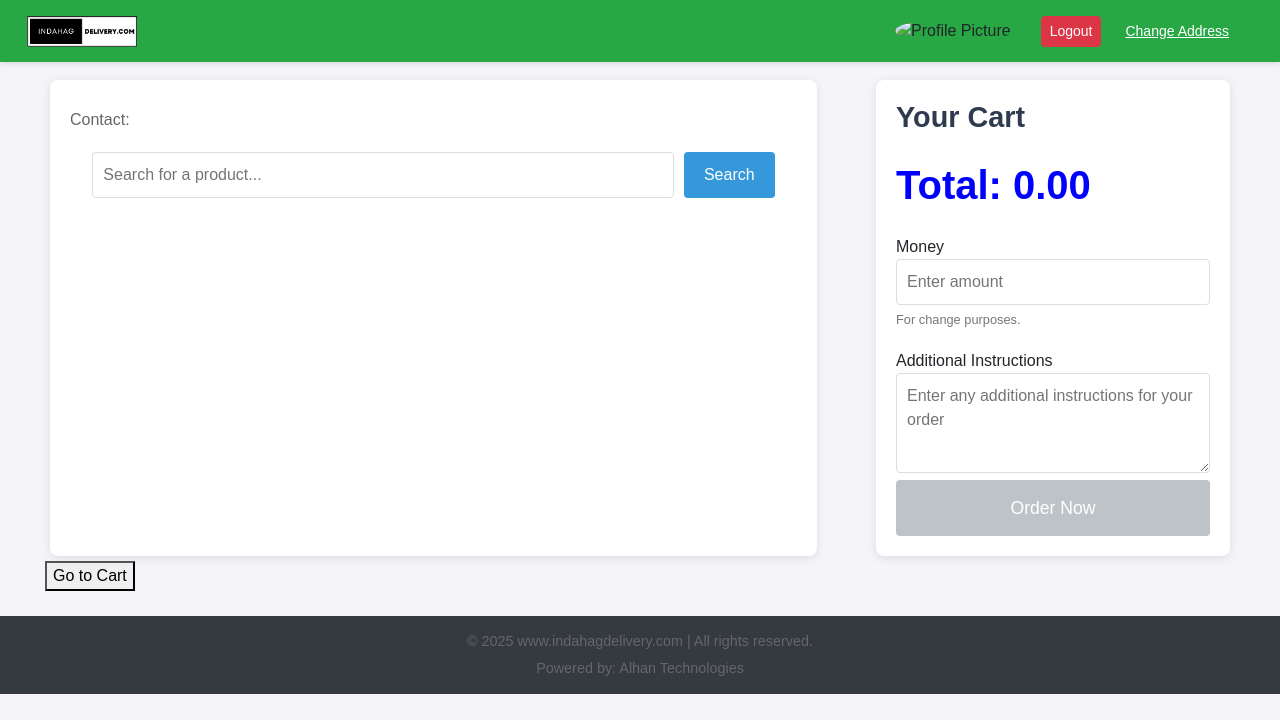
Repository: Jijiluzana225/indahagdelivery.com
Page: store/templates/store/store_products.html
The author's editor kept a copy of each file at every save. The page is drawn from the files as they stood at one save, then again after the next save.
The browser window is 1280 px wide. The pictures show the whole page.
The template is drawn by Django 5.2. The application's start-up code is not run. Other server files are loaded and not shown. The template is opened directly, without the code that normally fills it, so the values that code supplies are empty.

Above is the page before, as saved 2025-01-23 11:55:55.

### store/templates/store/store_products.html
{% extends 'store/base.html' %}

{% block title %}Order from {{ store.name }}{% endblock %}

{% block content %}

<style>
    /* General Styles */
    body {
        font-family: Arial, sans-serif;
        margin: 0;
        padding: 0;
        background-color: #f4f4f9;
    }

    h1, h2, h3 {
        color: #333;
        font-weight: 600;
    }

    p {
        font-size: 1rem;
        color: #666;
        margin-bottom: 0.5rem;
    }

    /* Container for left and right columns */
    .container {
        display: flex;
        justify-content: space-between;
        padding: 5px;
        max-width: 1200px;
        margin: 0 auto;
        flex-wrap: wrap;
    }

    /* Left column - product listing */
    .left-column {
        width: 65%;
        padding: 20px;
        background-color: #fff;
        box-shadow: 0 2px 10px rgba(0, 0, 0, 0.1);
        border-radius: 8px;
        overflow: hidden;
    }

    .left-column h1 {
        font-size: 2rem;
        color: #2e3b4e;
    }

    .left-column p {
        font-size: 1rem;
        margin-bottom: 20px;
    }

    .search-box {
        margin-bottom: 20px;
        display: flex;
        justify-content: center;
    }

    .search-box input {
        width: 80%;
        padding: 10px;
        font-size: 1rem;
        border-radius: 4px;
        border: 1px solid #ddd;
        margin-right: 10px;
    }

    .search-box button {
        background-color: #3498db;
        color: #fff;
        padding: 10px 20px;
        border: none;
        border-radius: 4px;
        cursor: pointer;
    }

    .search-box button:hover {
        background-color: #2980b9;
    }

    .products {
        display: grid;
        grid-template-columns: repeat(auto-fill, minmax(250px, 1fr));
        gap: 20px;
    }

    /* Individual Product Cards */
    .product-card {
        background-color: #fff;
        border: 1px solid #ddd;
        border-radius: 8px;
        padding: 15px;
        box-shadow: 0 2px 8px rgba(0, 0, 0, 0.1);
        text-align: center;
        transition: transform 0.3s ease, box-shadow 0.3s ease;
    }

    .product-card:hover {
        transform: scale(1.05);
        box-shadow: 0 4px 16px rgba(0, 0, 0, 0.2);
    }

    .product-card img {
        max-width: 100%;
        height: auto;
        border-radius: 8px;
    }

    .product-card h3 {
        font-size: 1.2rem;
        color: #2e3b4e;
        margin: 10px 0;
    }

    .product-card p {
        font-size: 0.9rem;
        color: #777;
    }

    .product-card .formatted-price {
        font-size: 1.1rem;
        color: #e74c3c;
        font-weight: bold;
    }

    .product-card button {
        background-color: #28a745;
        color: #fff;
        padding: 10px 20px;
        border: none;
        border-radius: 4px;
        cursor: pointer;
        font-size: 1rem;
        transition: background-color 0.3s ease;
    }

    .product-card button:hover {
        background-color: #218838;
    }

    /* Spacing Between Qty and Add to Cart button */
    .product-card label {
        display: block;
        margin-bottom: 5px;
        font-size: 0.9rem;
        color: #555;
    }

    .product-card input[type="number"] {
        width: 60px;
        padding: 5px;
        margin-bottom: 15px; /* Space between input and button */
        border-radius: 4px;
        border: 1px solid #ddd;
        text-align: center;
        font-size: 1rem;
    }

    /* Right Column - Cart */
    .right-column {
        width: 30%;
        padding: 20px;
        background-color: #fff;
        box-shadow: 0 2px 10px rgba(0, 0, 0, 0.1);
        border-radius: 8px;
        position: sticky;
        top: 20px;
    }

    .right-column h2 {
        font-size: 1.8rem;
        color: #2e3b4e;
        margin-bottom: 20px;
    }

    .cart-items {
        margin-bottom: 20px;
    }

    .cart-item {
        display: flex;
        justify-content: space-between;
        align-items: center;
        padding: 10px 0;
        border-bottom: 1px solid #ddd;
    }

    .cart-item p {
        font-size: 0.85rem; /* Smaller font size */
        color: #333;
    }

    .cart-item input {
        width: 50px;
        padding: 5px;
        border-radius: 4px;
        border: 1px solid #ddd;
        text-align: center;
    }

    .cart-item button {
        background-color: #e74c3c;
        color: #fff;
        border: none;
        padding: 5px 10px;
        border-radius: 4px;
        cursor: pointer;
    }

    .cart-item button:hover {
        background-color: #c0392b;
    }

    .cart-total {
        font-size: 0.9rem; /* Smaller font size */
        font-weight: bold;
        color: #333;
        margin-top: 20px;
    }

    .money-input {
        margin-top: 20px;
    }

    .money-input input {
        width: 100%;
        padding: 10px;
        border-radius: 4px;
        border: 1px solid #ddd;
    }

    .money-input small {
        font-size: 0.8rem;
        color: #777;
        display: block;
        margin-top: 5px;
    }

    .additional-instructions {
        margin-top: 20px;
    }

    .additional-instructions textarea {
        width: 100%;
        height: 100px;
        padding: 10px;
        border-radius: 4px;
        border: 1px solid #ddd;
        font-size: 1rem;
    }

    .order-button {
        background-color: #3498db;
        color: #fff;
        border: none;
        padding: 15px 20px;
        font-size: 1.1rem;
        border-radius: 4px;
        width: 100%;
        cursor: pointer;
        transition: background-color 0.3s ease;
    }

    .order-button:disabled {
        background-color: #bdc3c7;
        cursor: not-allowed;
    }

    .order-button:hover:not(:disabled) {
        background-color: #2980b9;
    }

    /* Responsive Design */
    /* Responsive Design */
@media (max-width: 768px) {
    .container {
        flex-direction: column;
        align-items: center;
    }

    .left-column, .right-column {
        width: 100%;
        margin-bottom: 20px;
    }

    .products {
        grid-template-columns: repeat(2, 1fr); /* Two columns on smaller screens */
        gap: 10px; /* Adjust spacing for smaller screens */
    }

    .store-header {
        display: flex;
        flex-direction: column;
        align-items: center;
        text-align: center;
        margin-bottom: 20px;
    }

    .store-header h1 {
        font-size: 2rem;
        color: #2e3b4e;
        margin-bottom: 10px;
    }

    .store-header p {
        font-size: 1rem;
        color: #666;
    }

    .product-card img {
        max-width: 80%;  /* Adjust this percentage to control the size */
        height: auto;
        border-radius: 8px;
    }

    .cart-items {
        font-size: 0.75rem; /* Smaller font size */
    }

    .cart-item p {
        font-size: 0.75rem; /* Smaller font size for cart item text */
    }


    /* Fixed Go to Cart Box */
    .go-to-cart-box {
        position: fixed;
        bottom: 20px;
        right: 20px;
        background-color: #3498db;
        color: #fff;
        padding: 15px 30px;
        border-radius: 8px;
        font-size: 1rem;
        cursor: pointer;
        box-shadow: 0 2px 10px rgba(0, 0, 0, 0.1);
        transition: background-color 0.3s ease;
    }

    /* Fixed Position Go to Cart Button */
.go-to-cart {
    position: fixed;
    bottom: 20px;
    right: 20px;
    background-color: #3498db;
    padding: 15px 25px;
    border-radius: 50px;
    color: white;
    font-size: 1rem;
    box-shadow: 0 5px 15px rgba(0, 0, 0, 0.2);
    cursor: pointer;
    z-index: 1000;
}

.go-to-cart button {
    background-color: transparent;
    border: none;
    color: white;
    font-size: 1rem;
    cursor: pointer;
}

.go-to-cart button:hover {
    background-color: #2980b9;
}



}



</style>

<div class="container">
    <div class="left-column">
        <div class="store-header">
        <h1>{{ store.name }}</h1>
        <p>Contact: {{ store.contact_number }}</p>
        </div>
        <!-- Search Box -->
        <div class="search-box">
            <input type="text" id="searchBox" placeholder="Search for a product..." onkeyup="filterProducts()">
            <button>Search</button>
        </div>

        <div class="products" id="products-list">
            {% for item in items %}
            <div class="product-card" data-name="{{ item.product.name|lower }}">
                <img src="{{ item.product.picture.url }}" alt="{{ item.product.name }}">
                <h3>{{ item.product.name }}</h3>
                <p>{{ item.product.description }}</p>
                <p>Price: <span class="formatted-price">{{ item.product.price }}</span></p>
                <label for="quantity-{{ item.id }}">Qty:</label>
                <input type="number" id="quantity-{{ item.id }}" name="quantity" min="1" value="1">
                <button onclick="addToCart({{ item.id }}, '{{ item.product.name }}', {{ item.product.price }})">Add to Cart</button>
            </div>
            {% endfor %}
        </div>
    </div>

    <!-- Right column (cart) -->
    <div class="right-column">
        <h2>Your Cart</h2>
        <div class="cart-items" id="cart-items"></div>
        <div class="cart-total" id="cart-total" style="font-size:40px; color:blue";>Total: 0.00</div>

       <div class="money-input">
            <label for="money">Money</label>
            <input type="number" id="money" name="money" placeholder="Enter amount">
            <small>For change purposes.</small>
        </div>

        <!-- Additional Instructions Section -->
        <div class="additional-instructions">
            <label for="additional-instructions">Additional Instructions</label>
            <textarea id="additional-instructions" placeholder="Enter any additional instructions for your order"></textarea>
        </div>

        <!-- Order Now Button -->
        <button class="order-button" id="orderButton" onclick="proceedToCheckout()" disabled>Order Now</button>
    </div>
</div>

<div class="go-to-cart">
    <button onclick="scrollToCart()">Go to Cart</button>
</div>

<script>
    // Function to scroll to the right-column (cart)
    function scrollToCart() {
        const cartSection = document.querySelector('.right-column');
        cartSection.scrollIntoView({ behavior: 'smooth' });
    }
</script>

<script>
    let cart = [];

    function formatPrice(price) {
        return new Intl.NumberFormat('en-US', { minimumFractionDigits: 2, maximumFractionDigits: 2 }).format(price);
    }

    function addToCart(itemId, itemName, itemPrice) {
        const quantity = parseInt(document.getElementById(`quantity-${itemId}`).value);
        const existingItem = cart.find(item => item.id === itemId);

        if (existingItem) {
            existingItem.quantity += quantity;
        } else {
            cart.push({ id: itemId, name: itemName, price: itemPrice, quantity: quantity });
        }

        renderCart();
    }

    function updateCartItem(itemId, newQuantity) {
        const item = cart.find(item => item.id === itemId);
        if (item) {
            item.quantity = newQuantity;
            renderCart();
        }
    }

    function deleteCartItem(itemId) {
        cart = cart.filter(item => item.id !== itemId);
        renderCart();
    }

    function renderCart() {
        const cartItemsContainer = document.getElementById('cart-items');
        const cartTotal = document.getElementById('cart-total');
        const orderButton = document.getElementById('orderButton');
        cartItemsContainer.innerHTML = '';
        let total = 0;

        cart.forEach(item => {
            const itemTotal = item.price * item.quantity;
            total += itemTotal;

            cartItemsContainer.innerHTML += `
                <div class="cart-item">
                    <p>${item.name}</p>
                    <p>Price: ${formatPrice(item.price)}</p>
                    <input type="number" min="1" value="${item.quantity}" onchange="updateCartItem(${item.id}, this.value)">
                    <p>${formatPrice(itemTotal)}</p>
                    <button onclick="deleteCartItem(${item.id})">×</button>
                </div>
            `;
        });

        cartTotal.innerText = `Total: ${formatPrice(total)}`;

        // Enable the "Order Now" button only if the cart is not empty
        orderButton.disabled = cart.length === 0;
    }

    function calculateTotalPrice() {
        return cart.reduce((total, item) => total + item.price * item.quantity, 0);
    }

    function proceedToCheckout() {
        const storeId = '{{ store.id }}';  // Assuming store.id is available
        const totalPrice = calculateTotalPrice();  // Total price from cart
        const cartItems = cart.map(item => `${item.name},${item.price},${item.quantity}`).join("|");

        const money = document.getElementById('money').value;
        const instructions = document.getElementById('additional-instructions').value;

        // Make the POST request
        fetch('/checkout/', {
            method: 'POST',
            headers: {
                'Content-Type': 'application/x-www-form-urlencoded',
                'X-CSRFToken': '{{ csrf_token }}'  // CSRF token
            },
            body: `store_id=${storeId}&total_price=${totalPrice}&cart_items=${cartItems}&money=${money}&instructions=${instructions}`
        })
        .then(response => response.json())
        .then(data => {
            if (data.success) {
                alert('Order placed successfully!');
                window.location.href = '/dashboard';
            } else {
                alert('There was an error placing your order.');
            }
        })
        .catch(error => console.error('Error:', error));
    }



    function filterProducts() {
        const searchTerm = document.getElementById("searchBox").value.toLowerCase();
        const productCards = document.querySelectorAll(".product-card");

        productCards.forEach(card => {
            const productName = card.getAttribute("data-name");
            if (productName.includes(searchTerm)) {
                card.style.display = "block";
            } else {
                card.style.display = "none";
            }
        });
    }

    function addToCart(itemId, itemName, itemPrice) {
        const quantity = parseInt(document.getElementById(`quantity-${itemId}`).value);
        const existingItem = cart.find(item => item.id === itemId);

        if (existingItem) {
            existingItem.quantity += quantity;
        } else {
            cart.push({ id: itemId, name: itemName, price: itemPrice, quantity: quantity });
        }

        renderCart();

        // Format itemPrice and total price to Philippine Pesos
        const formattedPrice = new Intl.NumberFormat('en-PH', {
            style: 'currency',
            currency: 'PHP',
            minimumFractionDigits: 2,
            maximumFractionDigits: 2
        }).format(itemPrice);

        const cartTotal = document.getElementById('cart-total').innerText;

        // Pop-up message with quantity, product name, formatted price, and cart total
        alert(`${quantity} ${itemName}(s) at ${formattedPrice}\n\nAdded to Cart\n\n${cartTotal}\n\n\nPlease review your CART at the bottom.`);
    }


    function updateOrderStatus(orderId, status) {
        fetch(`/update_order_status/${orderId}/`, {
            method: 'POST',
            headers: {
                'Content-Type': 'application/json',
                'X-CSRFToken': '{{ csrf_token }}'
            },
            body: JSON.stringify({ status: status })
        })
        .then(response => response.json())
        .then(data => {
            if (data.success) {
                alert('Order status updated');
            } else {
                alert('Failed to update status');
            }
        });
    }




</script>

{% endblock %}

Loaded but not shown: store/templates/store/base.html (146 lines, source omitted)

After the next save:
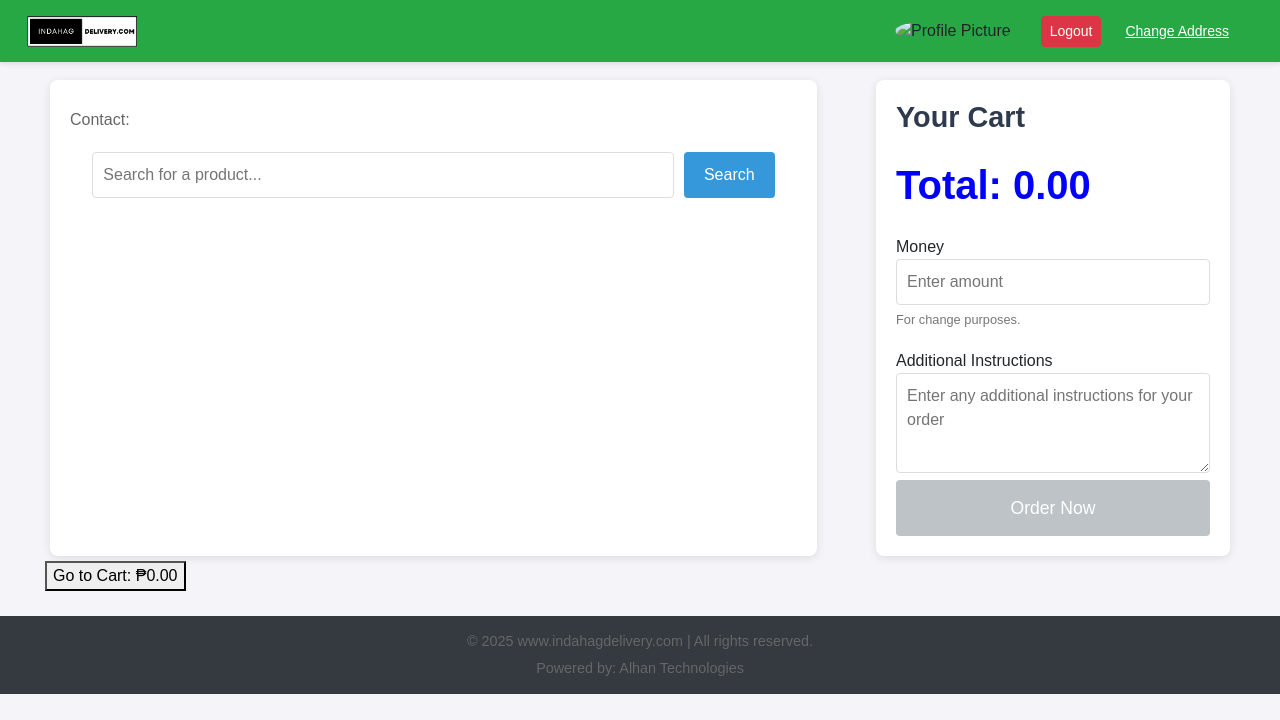
Console error: SyntaxError: Unexpected token '<'
Saved 2 min 9 s later.
--- a/store/templates/store/store_products.html
+++ b/store/templates/store/store_products.html
@@ -427,16 +427,28 @@
 </div>
 
 <div class="go-to-cart">
-    <button onclick="scrollToCart()">Go to Cart</button>
+    <button onclick="scrollToCart()">Go to Cart: <span id="go-to-cart-total">₱0.00</span></button>
 </div>
 
 <script>
+    // Function to update the cart total on the button
+    function updateGoToCartButton() {
+        const total = calculateTotalPrice();
+        const formattedTotal = new Intl.NumberFormat('en-PH', {
+            style: 'currency',
+            currency: 'PHP',
+            minimumFractionDigits: 2,
+            maximumFractionDigits: 2
+        }).format(total);
+
+        document.getElementById('go-to-cart-total').innerText = formattedTotal;
+    }
+
     // Function to scroll to the right-column (cart)
     function scrollToCart() {
         const cartSection = document.querySelector('.right-column');
         cartSection.scrollIntoView({ behavior: 'smooth' });
     }
-</script>
 
 <script>
     let cart = [];

After the save that followed:
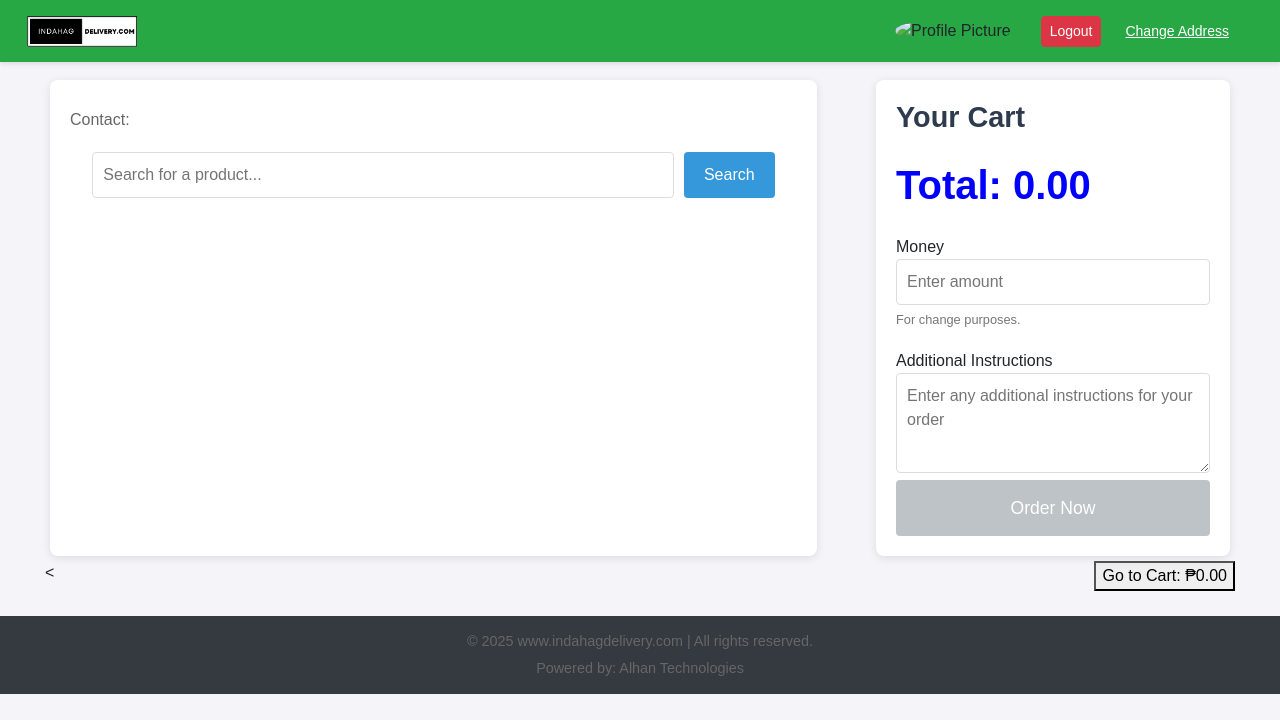
The error is gone.
Saved 44 s later.
--- a/store/templates/store/store_products.html
+++ b/store/templates/store/store_products.html
@@ -426,7 +426,7 @@
     </div>
 </div>
 
-<div class="go-to-cart">
+<<div class="go-to-cart">
     <button onclick="scrollToCart()">Go to Cart: <span id="go-to-cart-total">₱0.00</span></button>
 </div>
 
@@ -449,6 +449,43 @@
         const cartSection = document.querySelector('.right-column');
         cartSection.scrollIntoView({ behavior: 'smooth' });
     }
+
+    // Add this line inside your `addToCart()` function or any function that modifies the cart
+    function renderCart() {
+        const cartItemsContainer = document.getElementById('cart-items');
+        const cartTotal = document.getElementById('cart-total');
+        const orderButton = document.getElementById('orderButton');
+        cartItemsContainer.innerHTML = '';
+        let total = 0;
+
+        cart.forEach(item => {
+            const itemTotal = item.price * item.quantity;
+            total += itemTotal;
+
+            cartItemsContainer.innerHTML += `
+                <div class="cart-item">
+                    <p>${item.name}</p>
+                    <p>Price: ${formatPrice(item.price)}</p>
+                    <input type="number" min="1" value="${item.quantity}" onchange="updateCartItem(${item.id}, this.value)">
+                    <p>${formatPrice(itemTotal)}</p>
+                    <button onclick="deleteCartItem(${item.id})">×</button>
+                </div>
+            `;
+        });
+
+        cartTotal.innerText = `Total: ${formatPrice(total)}`;
+
+        // Update "Go to Cart" button with new total
+        updateGoToCartButton();
+
+        // Enable the "Order Now" button only if the cart is not empty
+        orderButton.disabled = cart.length === 0;
+    }
+
+    function calculateTotalPrice() {
+        return cart.reduce((total, item) => total + item.price * item.quantity, 0);
+    }
+</script>
 
 <script>
     let cart = [];
